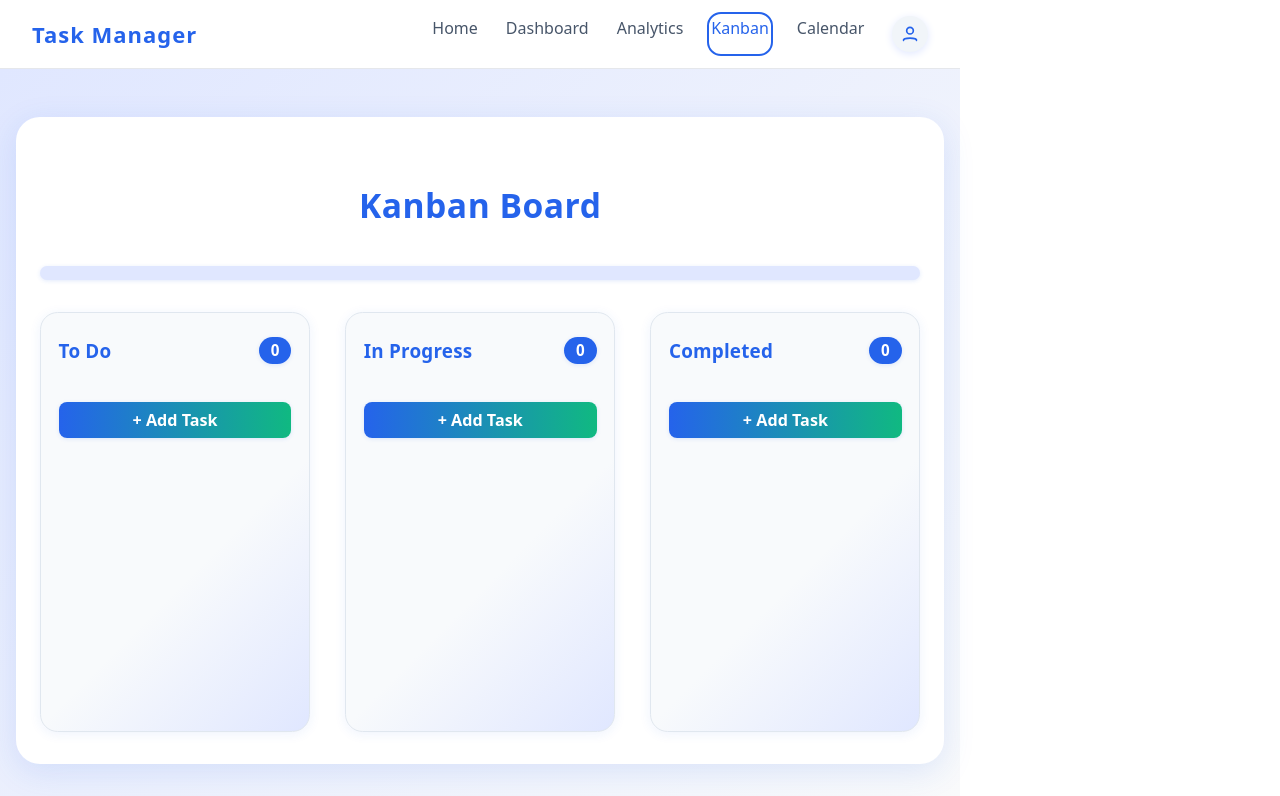
Repository: him021204/Task-Manager
Page: /kanban (app in client/)
The author's editor kept a copy of each file at every save. The page is drawn from the files as they stood at one save, then again after the next save.
The browser window is 1280 px wide. The pictures show the whole page.
The page's requests for data from a server got no answer. The project was rebuilt for these pictures with package versions that can differ from the ones it lists, and the page was loaded fresh each time. No one was signed in, and anything a server would have sent is missing. Also part of the build but not shown: client/vite.config.js, client/src/pages/Dashboard.jsx, client/src/pages/Login.css, client/src/pages/Login.jsx, client/src/pages/Register.css, client/src/pages/Register.jsx, client/src/pages/Analytics.jsx, client/src/pages/CalendarView.css and 3 more.

Above is the page before, as saved 2025-06-20 22:38:57.

### client/src/main.jsx
import React from 'react';
import ReactDOM from 'react-dom/client';
import App from './App.jsx';
import './index.css';
import 'react-big-calendar/lib/css/react-big-calendar.css';
ReactDOM.createRoot(document.getElementById('root')).render(
  <React.StrictMode>
    <App />
  </React.StrictMode>,
);

### client/src/App.jsx
import 'react-big-calendar/lib/css/react-big-calendar.css';
import { BrowserRouter as Router, Routes, Route } from 'react-router-dom';
import { SocketProvider } from './context/SocketContext';
import { AuthProvider } from './context/AuthContext';
import Home from './pages/Home';
import Dashboard from './pages/Dashboard';
import Login from './pages/Login';
import Register from './pages/Register';
import Analytics from './pages/Analytics';
import CalendarView from './pages/CalendarView';
import { ToastContainer } from 'react-toastify';
import 'react-toastify/dist/ReactToastify.css';
import Profile from './pages/Profile';
import KanbanBoard from './pages/KanbanBoard';

const App = () => {
  // You can also remove the dark state if not needed
  // const [dark, setDark] = useState(false);
  return (
    <div className="min-h-screen bg-gray-100 text-black">
      <AuthProvider>
        <SocketProvider>
          <Router>
            <main className="pt-12 px-2 max-w-7xl mx-auto">
              <Routes>
                <Route path="/" element={<Login />} />
                <Route path="/home" element={<Home />} />
                <Route path="/dashboard" element={<Dashboard />} />
                <Route path="/register" element={<Register />} />
                <Route path="/analytics" element={<Analytics />} />
                <Route path="/calendar" element={<CalendarView />} />
                <Route path="/profile" element={<Profile />} />
                <Route path="/kanban" element={<KanbanBoard />} />
              </Routes>
            </main>
          </Router>
          <ToastContainer position="top-right" autoClose={3000} />
        </SocketProvider>
      </AuthProvider>
    </div>
  );
};

export default App;

### client/src/context/SocketContext.jsx
import { createContext, useContext, useEffect } from 'react';
import { socket } from '../utils/socket';

const SocketContext = createContext();

export const SocketProvider = ({ children }) => {
  useEffect(() => {
    return () => socket.disconnect();
  }, []);

  return (
    <SocketContext.Provider value={socket}>
      {children}
    </SocketContext.Provider>
  );
};

export const useSocket = () => useContext(SocketContext);

### client/src/context/AuthContext.jsx
import { createContext, useContext, useEffect, useState } from 'react';
import axios from 'axios';

export const AuthContext = createContext();

export const AuthProvider = ({ children }) => {
  const [user, setUser] = useState(null);
  const [token, setToken] = useState(localStorage.getItem('token'));

  useEffect(() => {
    if (token) {
      axios.defaults.headers.common['Authorization'] = `Bearer ${token}`;
      setUser(JSON.parse(localStorage.getItem('user')));
    }
  }, [token]);

  const login = (data) => {
    localStorage.setItem('token', data.token);
    localStorage.setItem('user', JSON.stringify(data.user));
    setUser(data.user);
    setToken(data.token);
  };

  const logout = () => {
    localStorage.clear();
    setUser(null);
    setToken(null);
  };

  return (
    <AuthContext.Provider value={{ user, login, logout }}>
      {children}
    </AuthContext.Provider>
  );
};

export const useAuth = () => useContext(AuthContext);

### client/src/pages/Home.css
/* Base Container */
*,
*::before,
*::after {
  box-sizing: border-box;
}

.home-container {
  min-height: 100vh;
  width: 99vw;
  background: linear-gradient(135deg, #f1f5f9 0%, #e0f2fe 50%, #e0e7ff 100%);
  font-family: -apple-system, BlinkMacSystemFont, "Segoe UI", Roboto, sans-serif;
  overflow-x: hidden;
}

/* Navigation Bar */
.navbar {
  width: 100%;
  background: rgba(255, 255, 255, 0.85);
  border-bottom: 1px solid #e5e7eb;
  padding: 16px 0;
  position: sticky;
  top: 0;
  z-index: 50;
}

.nav-content {
  max-width: 1200px;
  margin: 0 auto;
  display: flex;
  align-items: center;
  justify-content: space-between;
  padding: 0 32px;
}

.logo {
  font-weight: bold;
  font-size: 22px;
  color: #2563eb;
  letter-spacing: 1px;
}

.nav-links {
  display: flex;
  gap: 28px;
}

.nav-link {
  color: #475569;
  font-weight: 500;
  text-decoration: none;
  transition: color 0.3s ease, outline 0.2s;
  outline: none;
}

.nav-link.active,
.nav-link:focus,
.nav-link:hover {
  color: #2563eb;
  outline: 2px solid #2563eb;
  outline-offset: 2px;
}

/* Welcome Banner */
.welcome-banner {
  background: linear-gradient(90deg, rgba(59, 130, 246, 0.1), rgba(168, 85, 247, 0.1), rgba(34, 197, 94, 0.1));
  backdrop-filter: blur(10px);
  border-bottom: 1px solid rgba(255, 255, 255, 0.2);
  padding: 16px;
  text-align: center;
  font-size: 1.1rem;
}

/* Hero Section */
.hero-section {
  padding: 80px 20px;
  position: relative;
  overflow: hidden;
}

.bg-element {
  position: absolute;
  border-radius: 50%;
  filter: blur(60px);
  animation: pulse 4s infinite;
  pointer-events: none;
  z-index: 1;
}

.bg-element-1 {
  top: -160px;
  right: -160px;
  width: 320px;
  height: 320px;
  background: linear-gradient(135deg, rgba(59, 130, 246, 0.3), rgba(147, 51, 234, 0.3));
}

.bg-element-2 {
  bottom: -160px;
  left: -160px;
  width: 384px;
  height: 384px;
  background: linear-gradient(45deg, rgba(34, 197, 94, 0.2), rgba(59, 130, 246, 0.2));
  animation: pulse 6s infinite;
}

.hero-content {
  max-width: 1200px;
  margin: 0 auto;
  position: relative;
  z-index: 10;
}

.hero-text {
  text-align: center;
  margin-bottom: 64px;
}

/* Main Heading */
.main-heading {
  margin-bottom: 32px;
}

.heading-line-1, .heading-line-2 {
  display: inline-block;
  text-align: center;
  font-size: clamp(36px, 8vw, 100px);
  font-weight: bold;
  line-height: 1.1;
  border-radius: 30px;
  margin: 0;
  -webkit-background-clip: text;
  background-clip: text;
  width: 100%;
}

.heading-line-1 {
  background: linear-gradient(135deg, #1e293b, #1d4ed8, #4338ca);
  margin-bottom: 6px;
}

.heading-line-2 {
  background: linear-gradient(135deg, #2563eb, #7c3aed, #4f46e5);
}

/* Subtitle */
.subtitle {
  font-size: clamp(16px, 3vw, 28px);
  color: #475569;
  margin-bottom: 48px;
  max-width: 800px;
  margin: 0 auto 48px auto;
  line-height: 1.6;
  font-weight: 300;
}

.highlight {
  font-weight: 600;
  color: #1d4ed8;
}

/* CTA Container */
.cta-container {
  display: flex;
  flex-direction: row;
  justify-content: center;
  gap: 24px;
  margin-bottom: 80px;
}

@media (max-width: 640px) {
  .cta-container {
    flex-direction: column;
    gap: 16px;
  }
}

.cta-button {
  background: linear-gradient(135deg, #2563eb, #7c3aed);
  color: white;
  padding: 20px 40px;
  border-radius: 16px;
  font-weight: bold;
  font-size: 20px;
  border: none;
  cursor: pointer;
  box-shadow: 0 20px 40px rgba(37, 99, 235, 0.3);
  transition: all 0.3s ease;
  display: flex;
  align-items: center;
  justify-content: center;
  gap: 8px;
  text-decoration: none;
}

.cta-button:focus,
.cta-button:hover {
  background: linear-gradient(135deg, #1d4ed8, #7c3aed);
  outline: 2px solid #2563eb;
  outline-offset: 2px;
}

/* Stats Section */
.stats-grid {
  display: flex;
  justify-content: center;
  align-items: stretch;
  flex-wrap: wrap;
  gap: 32px;
  max-width: 0px;
  margin: 0 auto 48px auto;
  padding: 0 16px;
}

.stat-card {
  background: linear-gradient(135deg, #e0e7ff 0%, #f0fdf4 100%);
  box-shadow: 0 4px 24px rgba(37, 99, 235, 0.08);
  border-radius: 20px;
  padding: 36px 32px 28px 32px;
  min-width: 220px;
  max-width: 260px;
  flex: 1 1 220px;
  display: flex;
  flex-direction: column;
  align-items: center;
  justify-content: center;
  transition: box-shadow 0.3s, transform 0.2s;
  text-align: center;
}

.stat-card:focus,
.stat-card:hover {
  box-shadow: 0 12px 36px rgba(37, 99, 235, 0.18);
  transform: translateY(-6px) scale(1.04);
  border-color: #2563eb;
}

.stat-icon {
  font-size: 44px;
  margin-bottom: 14px;
  color: #2563eb;
  background: #dbeafe;
  border-radius: 50%;
  padding: 12px;
  display: inline-flex;
  align-items: center;
  justify-content: center;
}

.stat-number {
  font-size: 2.5rem;
  font-weight: 700;
  color: #1e293b;
  margin-bottom: 8px;
  margin-top: 2px;
  letter-spacing: -1px;
}

.stat-label {
  color: #64748b;
  font-weight: 500;
  font-size: 1.1rem;
  margin-top: 4px;
  letter-spacing: 0.2px;
}

/* Responsive Tweaks for Stats */
@media (max-width: 900px) {
  .stats-grid {
    gap: 20px;
    padding: 0 8px;
  }
  .stat-card {
    min-width: 180px;
    max-width: 100%;
    padding: 24px 12px;
  }
}

@media (max-width: 600px) {
  .stats-grid {
    flex-direction: column;
    align-items: center;
    gap: 14px;
    padding: 0 4px;
  }
  .stat-card {
    width: 100%;
    min-width: 0;
    padding: 16px 6px;
    border-radius: 12px;
  }
}

/* Features Section */
.features-section {
  padding: 96px 20px;
  background: rgba(248, 250, 252, 0.5);
}

.features-container {
  max-width: 1200px;
  margin: 0 auto;
}

/* Section Header */
.section-header {
  text-align: center;
  margin-bottom: 80px;
}

.features-title {
  font-size: clamp(32px, 6vw, 72px);
  font-weight: bold;
  margin-bottom: 24px;
  background: linear-gradient(135deg, #1e293b, #1d4ed8);
  -webkit-background-clip: text;
  -webkit-text-fill-color: transparent;
  background-clip: text;
}

.features-subtitle {
  font-size: 24px;
  color: #475569;
  max-width: 600px;
  margin: 0 auto;
  line-height: 1.6;
}

/* Features Grid */
.features-grid {
  display: grid;
  grid-template-columns: repeat(auto-fit, minmax(300px, 1fr));
  gap: 32px;
  margin-bottom: 96px;
}

.feature-card {
  background: rgba(255, 255, 255, 0.4);
  backdrop-filter: blur(20px);
  padding: 40px;
  border-radius: 24px;
  box-shadow: 0 30px 60px rgba(0, 0, 0, 0.1);
  border: 1px solid rgba(255, 255, 255, 0.3);
  transition: all 0.5s ease;
  cursor: pointer;
}

.feature-card:focus,
.feature-card:hover {
  box-shadow: 0 40px 80px rgba(37, 99, 235, 0.15);
  border-color: #2563eb;
}

.feature-icon-container {
  margin-bottom: 32px;
  padding: 16px;
  background: linear-gradient(135deg, rgba(255, 255, 255, 0.8), rgba(248, 250, 252, 0.8));
  border-radius: 16px;
  display: inline-block;
  box-shadow: 0 8px 16px rgba(0, 0, 0, 0.1);
}

.feature-icon {
  width: 32px;
  height: 32px;
}

.blue-icon {
  color: #3b82f6;
}

.green-icon {
  color: #10b981;
}

.purple-icon {
  color: #8b5cf6;
}

.feature-title {
  font-size: 24px;
  font-weight: bold;
  color: #1e293b;
  margin-bottom: 24px;
}

.feature-description {
  color: #475569;
  line-height: 1.6;
  font-size: 18px;
}

/* Bottom CTA */
.bottom-cta {
  text-align: center;
}

.cta-card {
  background: linear-gradient(135deg, #2563eb, #7c3aed, #4f46e5);
  padding: 64px;
  border-radius: 24px;
  box-shadow: 0 40px 80px rgba(37, 99, 235, 0.3);
  position: relative;
  overflow: hidden;
}

.cta-overlay {
  position: absolute;
  inset: 0;
  background: linear-gradient(135deg, rgba(59, 130, 246, 0.2), rgba(168, 85, 247, 0.2));
  animation: pulse 3s infinite;
}

.cta-content {
  position: relative;
}

.cta-title {
  font-size: clamp(28px, 5vw, 56px);
  font-weight: bold;
  color: white;
  margin-bottom: 24px;
}

.cta-subtitle {
  font-size: 22px;
  margin-bottom: 40px;
  color: rgba(219, 234, 254, 1);
  max-width: 600px;
  margin: 0 auto 40px auto;
}

.trial-button {
  background: white;
  color: #2563eb;
  padding: 24px 48px;
  border-radius: 16px;
  font-weight: bold;
  font-size: 20px;
  border: none;
  cursor: pointer;
  box-shadow: 0 20px 40px rgba(0, 0, 0, 0.2);
  transition: all 0.3s ease;
  display: inline-flex;
  align-items: center;
  gap: 12px;
}

.trial-button:focus,
.trial-button:hover {
  background: #2563eb;
  color: #fff;
  outline: 2px solid #fff;
  outline-offset: 2px;
}

/* Footer */
.footer {
  background: rgba(255, 255, 255, 0.3);
  backdrop-filter: blur(20px);
  padding: 64px 20px;
  border-top: 1px solid rgba(255, 255, 255, 0.2);
}

.footer-content {
  max-width: 1000px;
  margin: 0 auto;
  text-align: center;
}

.footer-text {
  color: #64748b;
  font-size: 20px;
  margin-bottom: 32px;
}

.footer-links {
  display: flex;
  justify-content: center;
  gap: 48px;
  flex-wrap: wrap;
}

.footer-link {
  color: #64748b;
  font-size: 18px;
  font-weight: 500;
  text-decoration: none;
  transition: color 0.3s ease;
}

.footer-link:focus,
.footer-link:hover {
  color: #2563eb;
  outline: 2px solid #2563eb;
  outline-offset: 2px;
}

/* Animations */
@keyframes pulse {
  0%, 100% {
    opacity: 1;
  }
  50% {
    opacity: 0.5;
  }
}

/* Responsive Tweaks */
@media (max-width: 900px) {
  .nav-content {
    padding: 0 12px;
  }
  .hero-section {
    padding: 40px 8px;
  }
  .features-section {
    padding: 48px 8px;
  }
  .cta-card {
    padding: 32px;
  }
}

@media (max-width: 600px) {
  .main-heading {
    font-size: 2rem;
  }
  .stat-card,
  .feature-card {
    padding: 18px;
    border-radius: 14px;
  }
  .cta-card {
    padding: 18px;
    border-radius: 14px;
  }
  .footer {
    padding: 24px 8px;
  }
}

### client/src/pages/Analytics.css
/* Navigation Bar */
.navbar {
  width: 100%;
  background: rgba(255, 255, 255, 0.85);
  border-bottom: 1px solid #e5e7eb;
  padding: 16px 0;
  position: sticky;
  top: 0;
  z-index: 50;
}

.nav-content {
  max-width: 1200px;
  margin: 0 auto;
  display: flex;
  align-items: center;
  justify-content: space-between;
  padding: 0 32px;
}

.logo {
  font-weight: bold;
  font-size: 22px;
  color: #2563eb;
  letter-spacing: 1px;
}

.nav-links {
  display: flex;
  gap: 28px;
}

.nav-link {
  color: #475569;
  font-weight: 500;
  text-decoration: none;
  transition: color 0.3s ease, outline 0.2s;
  outline: none;
}

.nav-link.active,
.nav-link:focus,
.nav-link:hover {
  color: #2563eb;
  outline: 2px solid #2563eb;
  outline-offset: 2px;
  border-radius: 10px;
}

@media (max-width: 900px) {
  .nav-content {
    padding: 0 12px;
  }
}

@media (max-width: 600px) {
  .logo {
    font-size: 18px;
  }
  .nav-links {
    gap: 14px;
  }
}
.analytics-bg {
  min-height: 100vh;
  width: 99vw;
  background: #f9fafb;
  padding: 2rem 0;
}

.analytics-container {
  max-width: 1100px;
  margin: 0 auto;
  background: #fff;
  border-radius: 1.25rem;
  box-shadow: 0 4px 32px rgba(37, 99, 235, 0.08);
  padding: 2.5rem 2rem;
}

.analytics-title {
  font-size: 2rem;
  font-weight: 800;
  color: #1e293b;
  margin-bottom: 2rem;
  text-align: center;
}

.analytics-stats {
  display: flex;
  gap: 2rem;
  justify-content: center;
  margin-bottom: 2.5rem;
  flex-wrap: wrap;
}

.analytics-stat-card {
  background: linear-gradient(90deg, #e0e7ff 0%, #f0fdf4 100%);
  border-radius: 1rem;
  box-shadow: 0 2px 12px rgba(37, 99, 235, 0.06);
  padding: 1.25rem 2.5rem;
  text-align: center;
  min-width: 140px;
}

.analytics-stat-label {
  color: #64748b;
  font-size: 1rem;
  margin-bottom: 0.25rem;
}

.analytics-stat-value {
  font-size: 2rem;
  font-weight: 700;
  color: #2563eb;
}

.analytics-charts {
  display: flex;
  gap: 2rem;
  flex-wrap: wrap;
  justify-content: center;
}

.analytics-chart-card {
  background: #f8fafc;
  border-radius: 1rem;
  box-shadow: 0 2px 12px rgba(37, 99, 235, 0.04);
  padding: 1.5rem 1rem 1rem 1rem;
  min-width: 320px;
  flex: 1 1 320px;
  max-width: 500px;
  display: flex;
  flex-direction: column;
  align-items: center;
}

.analytics-chart-title {
  font-size: 1.1rem;
  font-weight: 600;
  color: #334155;
  margin-bottom: 1rem;
  text-align: center;
}

### client/src/pages/KanbanBoard.css
.kanban-bg {
  min-height: 100vh;
  background: linear-gradient(135deg, #e0e7ff 0%, #f9fafb 100%);
  display: flex;
  align-items: flex-start;
  justify-content: center;
  padding: 3rem 0 2rem 0;
}

.kanban-container {
  width: 100%;
  max-width: 1200px;
  background: #fff;
  border-radius: 1.5rem;
  box-shadow: 0 8px 32px rgba(37, 99, 235, 0.13);
  padding: 2.2rem 1.5rem 2rem 1.5rem;
  margin: 0 1rem;
}

.kanban-title {
  font-size: 2.1rem;
  font-weight: 900;
  color: #2563eb;
  margin-bottom: 2.2rem;
  text-align: center;
  letter-spacing: 0.5px;
}

.kanban-progress-bar {
  width: 100%;
  height: 14px;
  background: #e0e7ff;
  border-radius: 8px;
  margin-bottom: 2rem;
  overflow: hidden;
  box-shadow: 0 1px 4px #2563eb22;
  position: relative;
}
.kanban-progress-bar-inner {
  height: 100%;
  background: linear-gradient(90deg, #10b981 0%, #2563eb 100%);
  border-radius: 8px;
  transition: width 0.4s;
}

.kanban-columns {
  display: flex;
  gap: 2.2rem;
  justify-content: center;
  align-items: flex-start;
  width: 100%;
}

.kanban-column {
  background: linear-gradient(135deg, #f8fafc 60%, #e0e7ff 100%);
  border-radius: 1.1rem;
  box-shadow: 0 2px 12px rgba(37,99,235,0.08);
  padding: 1.5rem 1.1rem 1.2rem 1.1rem;
  min-width: 270px;
  flex: 1 1 0;
  min-height: 420px;
  transition: background 0.18s, box-shadow 0.18s;
  display: flex;
  flex-direction: column;
  gap: 1.1rem;
  border: 1.5px solid #e0e7ef;
}

.kanban-column.dragging-over {
  background: linear-gradient(135deg, #e0e7ff 80%, #f8fafc 100%);
  box-shadow: 0 4px 24px #2563eb22;
}

.kanban-column-header {
  display: flex;
  align-items: center;
  justify-content: space-between;
  margin-bottom: 1.2rem;
}

.kanban-column-title {
  font-size: 1.18rem;
  font-weight: 700;
  color: #2563eb;
  letter-spacing: 0.2px;
}

.kanban-column-count {
  background: #2563eb;
  color: #fff;
  font-size: 0.95em;
  font-weight: 700;
  border-radius: 999px;
  padding: 2px 12px;
  margin-left: 8px;
  box-shadow: 0 1px 4px #2563eb22;
}

.kanban-add-task-btn {
  background: linear-gradient(90deg, #2563eb 0%, #10b981 100%);
  color: #fff;
  border: none;
  border-radius: 0.5rem;
  font-size: 1.01rem;
  font-weight: 600;
  padding: 0.45rem 1.1rem;
  cursor: pointer;
  margin-bottom: 1rem;
  transition: background 0.18s, box-shadow 0.18s, transform 0.15s;
  box-shadow: 0 1px 4px #2563eb22;
}
.kanban-add-task-btn:hover {
  background: linear-gradient(90deg, #10b981 0%, #2563eb 100%);
  transform: translateY(-2px) scale(1.04);
}

.kanban-task {
  position: relative;
  background: #fff;
  border-radius: 0.9rem;
  box-shadow: 0 2px 8px rgba(37,99,235,0.09);
  padding: 1.1rem 1rem 0.9rem 1rem;
  margin-bottom: 0.7rem;
  font-size: 1.08rem;
  color: #1e293b;
  display: flex;
  flex-direction: column;
  gap: 0.3rem;
  border-left: 5px solid #2563eb22;
  transition: box-shadow 0.18s, border 0.18s, transform 0.18s;
  min-height: 80px;
}

.kanban-task:hover {
  box-shadow: 0 6px 20px #2563eb33;
  transform: translateY(-2px) scale(1.025);
  border-left: 5px solid #2563eb;
}

.kanban-task-title {
  font-weight: 700;
  margin-bottom: 0.2rem;
  font-size: 1.09em;
  color: #2563eb;
  letter-spacing: 0.2px;
}

.kanban-task-status-tag {
  position: absolute;
  top: 14px;
  right: 18px;
  font-size: 0.85em;
  font-weight: 700;
  padding: 2px 10px;
  border-radius: 999px;
  background: #e0e7ff;
  color: #2563eb;
  letter-spacing: 0.5px;
  box-shadow: 0 1px 4px #2563eb22;
}

.kanban-task-desc {
  font-size: 0.97em;
  color: #64748b;
  margin-top: 0.2rem;
  margin-bottom: 0.2rem;
  min-height: 18px;
  font-style: italic;
}

.kanban-task-due {
  font-size: 0.97em;
  color: #f59e42;
  margin-top: 0.1rem;
}

.kanban-task-priority {
  font-size: 0.95em;
  font-weight: 600;
  margin-top: 0.2rem;
  letter-spacing: 0.1px;
}

.kanban-task-assignee {
  display: flex;
  align-items: center;
  margin-top: 0.3rem;
  font-size: 0.97em;
  color: #64748b;
  gap: 0.5rem;
}
.kanban-task-avatar {
  width: 26px;
  height: 26px;
  border-radius: 50%;
  background: linear-gradient(135deg, #2563eb 60%, #10b981 100%);
  color: #fff;
  display: flex;
  align-items: center;
  justify-content: center;
  font-weight: 700;
  font-size: 1em;
  box-shadow: 0 1px 4px #2563eb22;
}

@media (max-width: 900px) {
  .kanban-columns {
    flex-direction: column;
    gap: 1.5rem;
  }
  .kanban-column {
    min-width: 0;
    width: 100%;
  }
}

Loaded but not shown: client/index.html (common file); client/src/index.css (common file); client/src/utils/socket.js (2 lines, source omitted); client/src/pages/Dashboard.css (1077 lines, source omitted); client/src/pages/KanbanBoard.jsx (266 lines, source omitted); client/src/pages/Home.jsx (290 lines, source omitted)

After the next save:
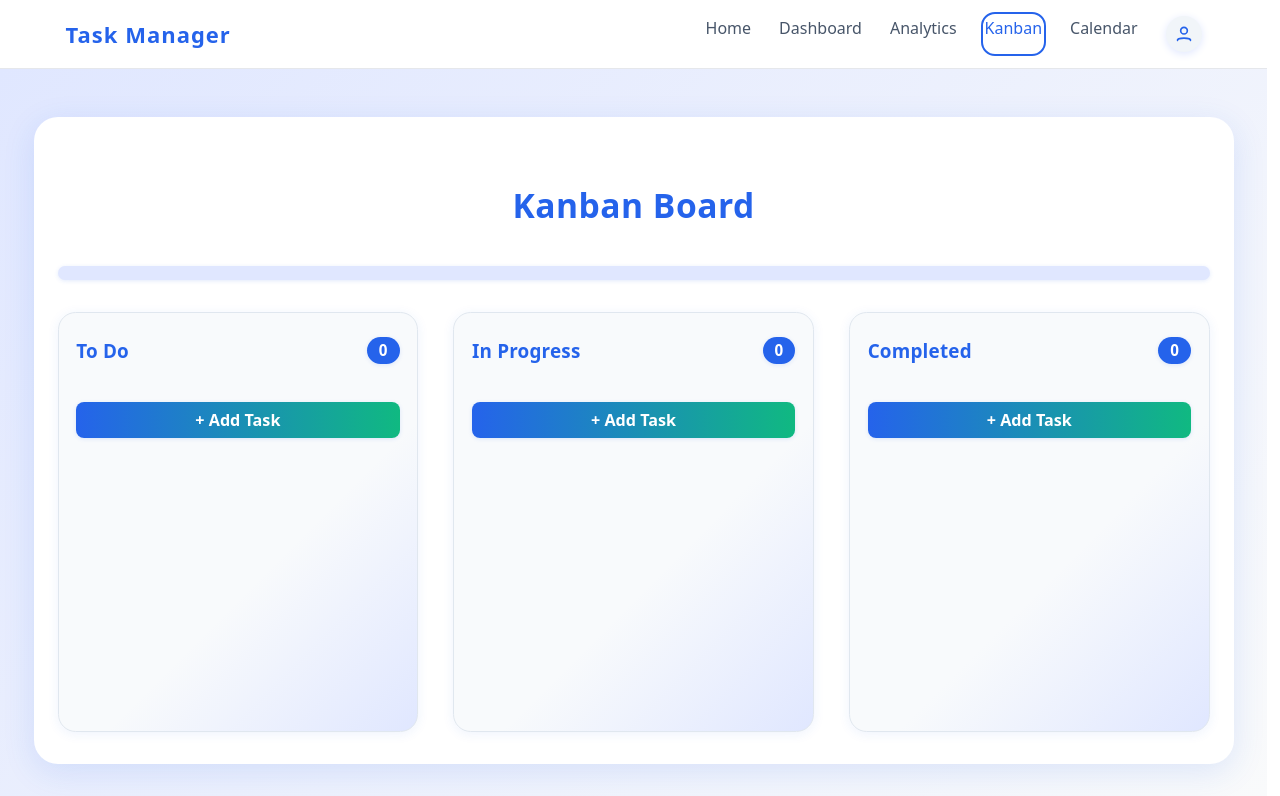
Saved 60 s later.
--- a/client/src/pages/KanbanBoard.css
+++ b/client/src/pages/KanbanBoard.css
@@ -1,5 +1,6 @@
 .kanban-bg {
   min-height: 100vh;
+  width: 99vw;
   background: linear-gradient(135deg, #e0e7ff 0%, #f9fafb 100%);
   display: flex;
   align-items: flex-start;
